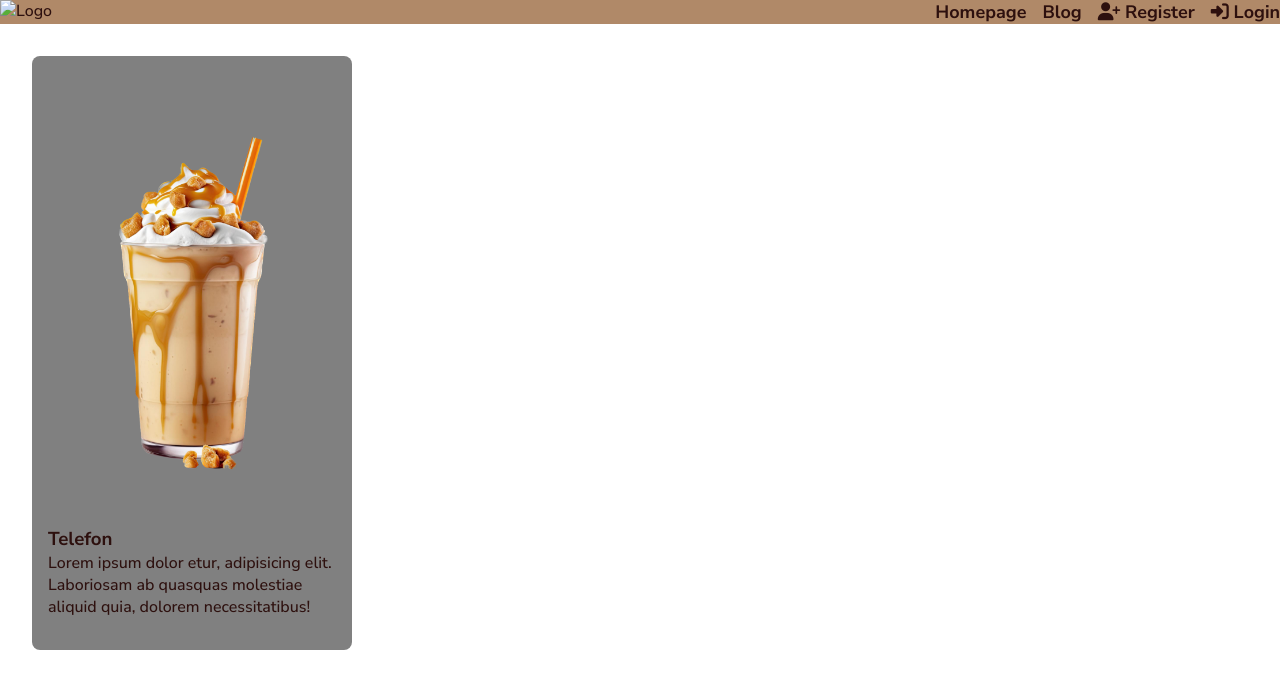
Repository: liviamucioniu/Coffee-Shop-Website
Page: index.html
The author's editor kept a copy of each file at every save. The page is drawn from the files as they stood at one save, then again after the next save.
The browser window is 1280 px wide. The pictures show the whole page.

Above is the page before, as saved 2023-10-20 17:20:10.

### index.html
<!DOCTYPE html>
<html lang="en">
    <head>
        <meta charset="UTF-8" />
        <meta name="viewport" content="width=device-width, initial-scale=1.0" />
        <title>Magazin online</title>
        <link rel="stylesheet" href="styles.css" />
        <script defer src="script.js"></script>
        <link rel="preconnect" href="https://fonts.googleapis.com" />
        <link rel="preconnect" href="https://fonts.gstatic.com" crossorigin />
        <link
            href="https://fonts.googleapis.com/css2?family=Montserrat:ital,wght@0,200;0,400;0,500;1,100;1,200;1,300;1,400;1,500&family=Nunito+Sans:ital,opsz,wght@0,6..12,200;0,6..12,300;0,6..12,500;0,6..12,600;0,6..12,700;0,6..12,900;0,6..12,1000;1,6..12,200;1,6..12,300;1,6..12,400;1,6..12,500;1,6..12,600;1,6..12,900;1,6..12,1000&family=Open+Sans:ital,wght@1,300&family=Poppins:ital,wght@0,400;1,300;1,500&display=swap"
            rel="stylesheet"
        />
        <link
            rel="stylesheet"
            href="https://cdnjs.cloudflare.com/ajax/libs/font-awesome/6.4.2/css/all.min.css"
            integrity="sha512-z3gLpd7yknf1YoNbCzqRKc4qyor8gaKU1qmn+CShxbuBusANI9QpRohGBreCFkKxLhei6S9CQXFEbbKuqLg0DA=="
            crossorigin="anonymous"
            referrerpolicy="no-referrer"
        />
    </head>
    <body>
        <header id="header">
            <img class="logo" src="" alt="Logo" />
            <nav class="navigation">
                <a class="link" href="#">Homepage</a>
                <a class="link" href="#">Blog</a>
                <a class="link button" href="#">
                    <i class="fa-solid fa-user-plus"></i> Register</a
                >
                <a class="link button" href="#">
                    <i class="fa-solid fa-right-to-bracket"></i> Login</a
                >
            </nav>
        </header>
        <section id="product-list">
            <div class="product-card">
                <img
                    class="product-image"
                    src="./assets/images/frappe.png"
                    alt="Frappe"
                />
                <h3 class="product-name">Telefon</h3>
                <p class="product-description">
                    Lorem ipsum dolor etur, adipisicing elit. Laboriosam ab
                    quasquas molestiae aliquid quia, dolorem necessitatibus!
                </p>
            </div>
        </section>
    </body>
</html>

### styles.css
:root {
    --coffee-color-1: #ede0d4;
    --coffee-color-2: #e6ccb2;
    --coffee-color-3: #ddb892;
    --coffee-color-4: #b08968;
    --coffee-color-5: #7f5539;
    --coffee-color-6: #9c6644;
    --color-light: var(#fffefd);
    --color-dark: #2d100e;
}

html {
    font-size: 16px;
}

*,
*::before,
*::after {
    margin: 0;
    padding: 0;
}

body {
    color: var(--color-dark);
    font-family: "Nunito Sans", sans-serif;
}

@media screen and (max-width: 560px) {
    html {
        font-size: 12px;
    }
}

#header {
    padding: 2rem 1 rem;
    background-color: var(--coffee-color-4);
    display: flex;
    justify-content: space-between;
}

#header .navigation {
    display: flex;
    align-items: center;
    gap: 1rem;
}

#header .navigation .link {
    font-size: 1.125rem;
    text-decoration: none;
    color: var(--color-light);
    font-weight: 700;
}

#header .navigation .link:hover {
    color: var(--color-dark);
}

#product-list {
    display: flex;
    gap: 1.5rem;
    padding: 2rem;
    flex-wrap: wrap;
}

.product-card {
    border-radius: 0.5rem;
    max-width: 18rem;
    background-color: gray;
    padding: 2rem 1rem;
}

.product-image {
    max-width: 100%;
}

### script.js
// const title = document.getElementById("title");
// console.log(title);
// title.classList.add("main");

After the next save:
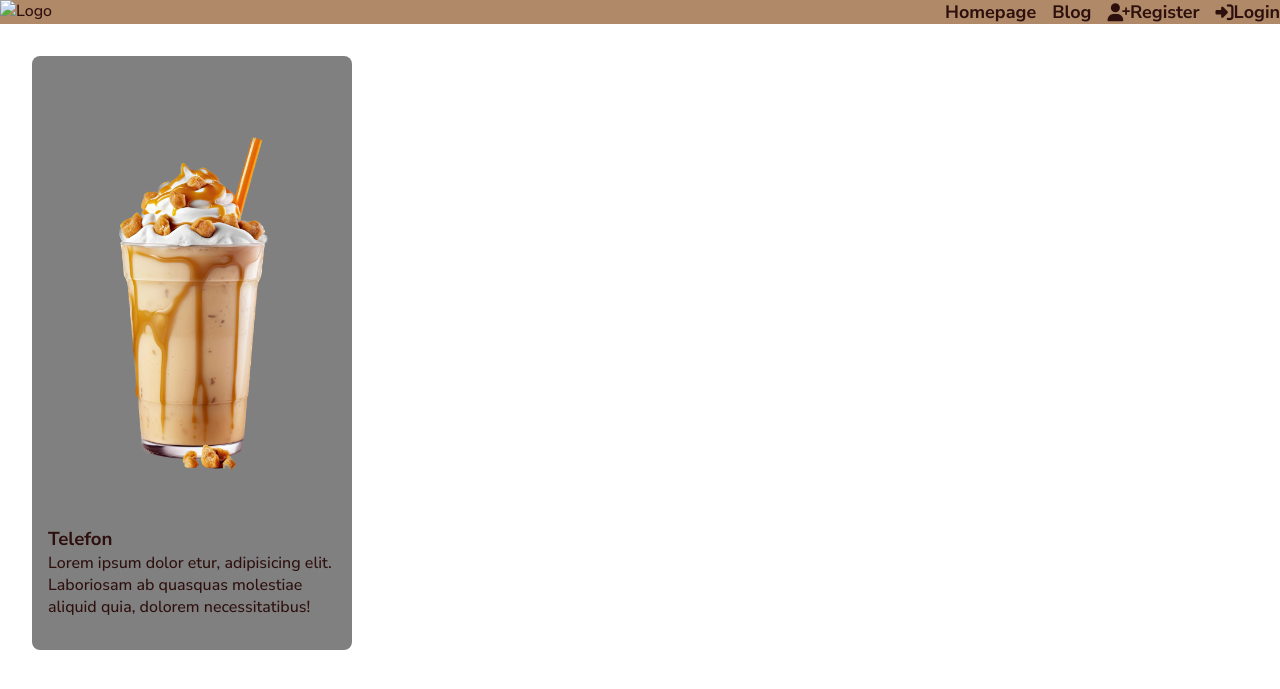
Saved 91 s later.
--- a/styles.css
+++ b/styles.css
@@ -51,6 +51,11 @@ body {
     font-weight: 700;
 }
 
+#header .navigation .link.button {
+    display: flex;
+    align-items: center;
+}
+
 #header .navigation .link:hover {
     color: var(--color-dark);
 }
